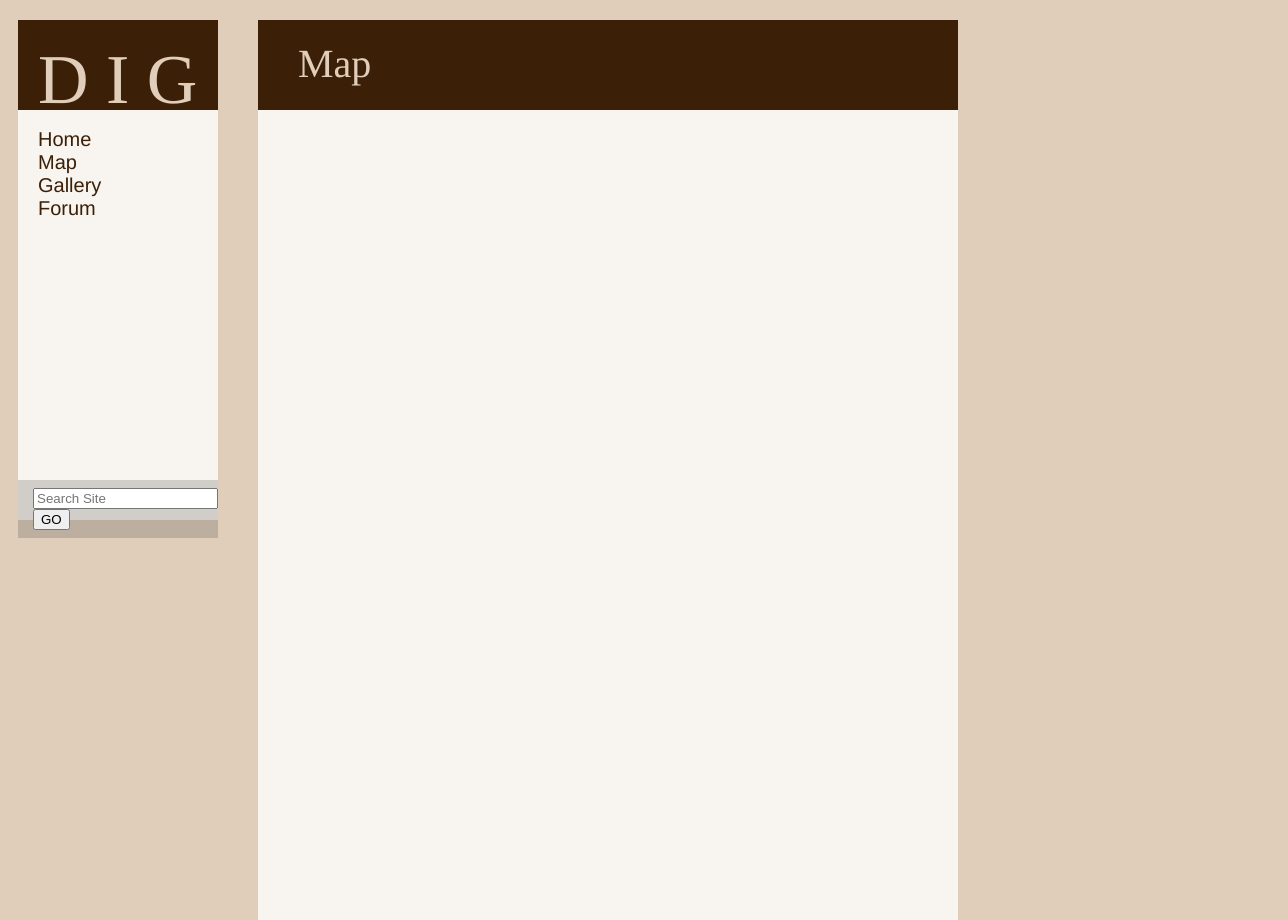
Repository: cbickhar/cbickhar.github.io
Page: catalog/map.html
The author's editor kept a record of every edit. The page is drawn from the files as they stood at one moment, then again after the next edit.
The browser window is 1280 px wide. The page is 1288 px wide, so the pictures cover 1288 px, including what lies to the right of the window. The pictures show the whole page.

Above is the page before.

After the next edit:
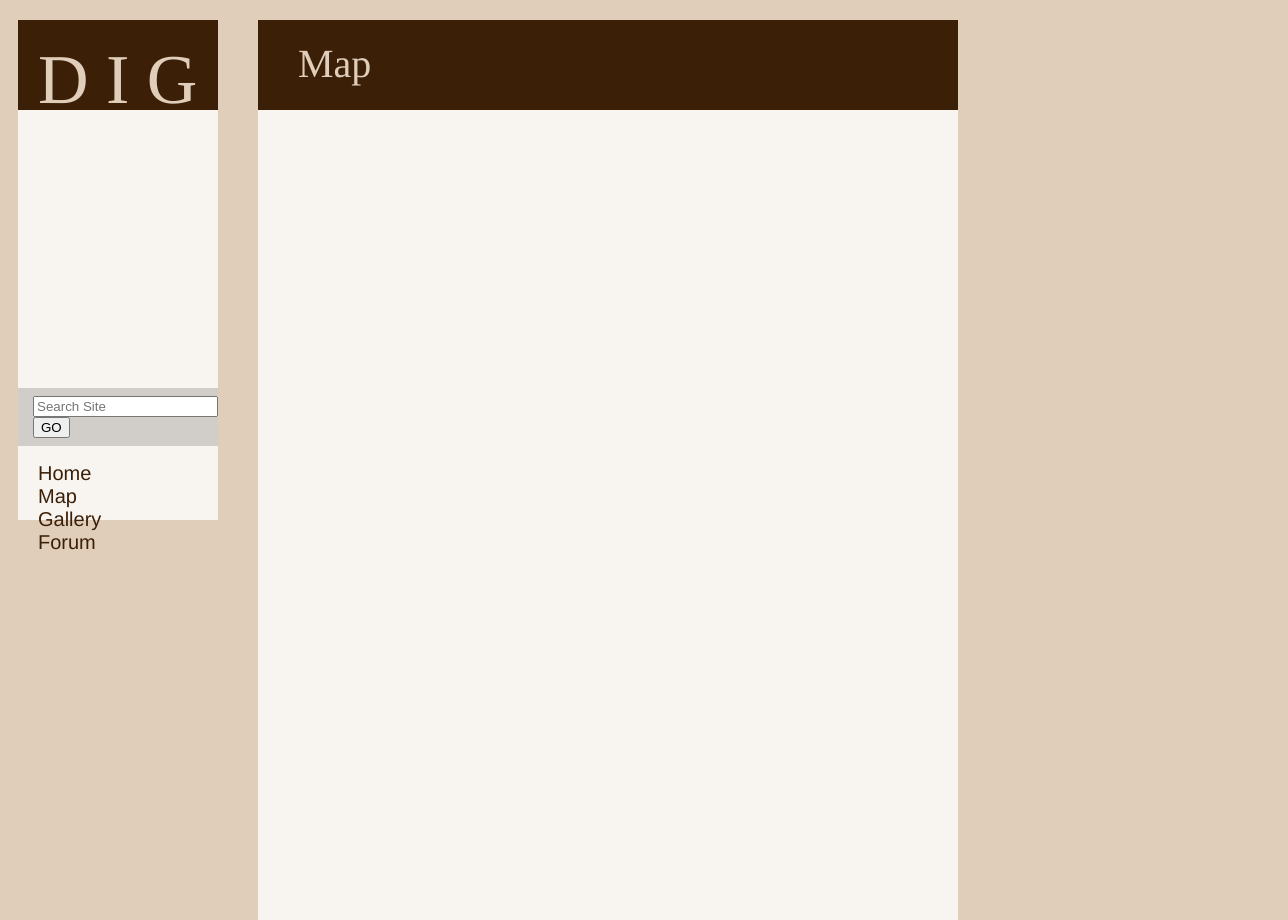
The edit:
--- a/catalog/map.html
+++ b/catalog/map.html
@@ -1,12 +1,20 @@
 <html>
-    <head>
-        <title>Map</title>
-    <link rel="stylesheet" href="styles.css">
-    </head>
+        <head>
+            <title>Archaeologist Digs</title>
+            <link rel="stylesheet" href="styles.css">
+        </head>
     <body>
         <div class="sidebar">
+
            <div class="header"> D I G</div>
         <br>
+            <form>
+                <div class="search">
+                    <input type="text" placeholder="Search Site" required>
+                    <input type="button" value="GO">
+                </div>
+            </form>
+
             <a href="index.html">Home</a>
         <br>
             <a href="map.html">Map</a>
@@ -16,13 +24,6 @@
             <a href="forum.html">Forum</a>
 
             <br>
-    <form>
-        <div class="search">
-            <input type="text" placeholder="Search Site" required>
-            <input type="button" value="GO">
-        </div>
-    </form>
-
     </div>
 
             <div class ="formcontentcontainer">
